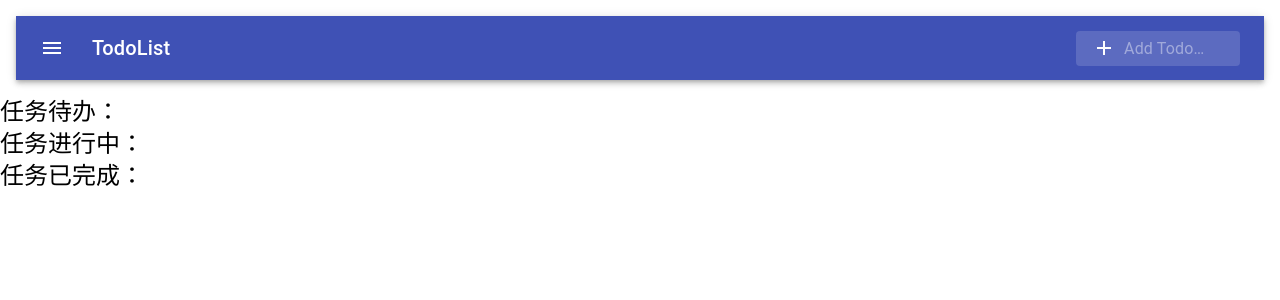
Repository: harperl71/TodoList
Page: /
These files come from the project's save history. The page is drawn as it stood at one moment and after a run of saves; the edit follows.
The browser window is 1280 px wide. The pictures show the whole page.
The project was rebuilt for these pictures with package versions that can differ from the ones it lists, and the page was loaded fresh each time.

Above is the page before, as saved 2021-05-20 15:58:33.

After the next 2 saves:
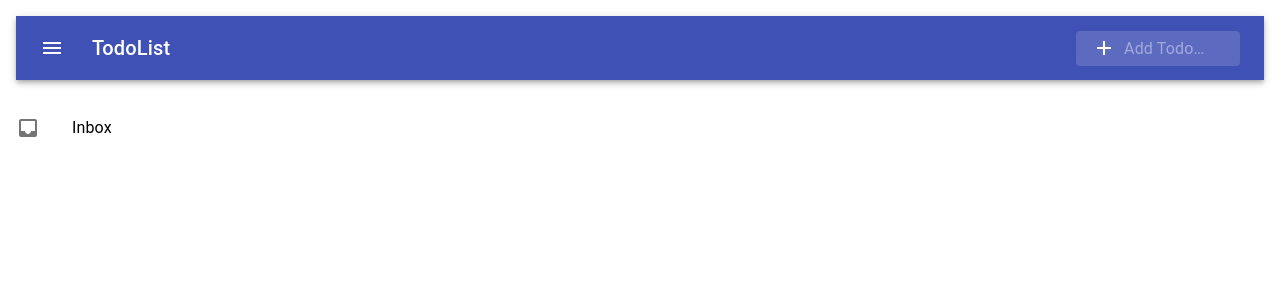
The 2 saves are shown as one change because 1 did not build or start.
The last was saved 3 min 15 s later.
--- a/src/components/content/index.tsx
+++ b/src/components/content/index.tsx
@@ -1,6 +1,13 @@
 import React, { Fragment } from "react";
 import TaskList from "./task-list";
-import { Typography, AppBar, Toolbar, makeStyles } from "@material-ui/core";
+import {
+  makeStyles,
+  List,
+  ListItem,
+  ListItemIcon,
+  ListItemText,
+} from "@material-ui/core";
+import InboxIcon from "@material-ui/icons/Inbox";
 
 const useStyles = makeStyles((theme) => ({
   root: {
@@ -14,7 +21,15 @@ const Content = () => {
   const classes = useStyles();
   return (
     <div className={classes.root}>
-      <Fragment>
+      <List component="nav" aria-label="main mailbox folders">
+        <ListItem button>
+          <ListItemIcon>
+            <InboxIcon />
+          </ListItemIcon>
+          <ListItemText primary="Inbox" />
+        </ListItem>
+      </List>
+      {/* <Fragment>
         <Typography className="todo" variant="h5">
           任务待办：
         </Typography>
@@ -27,7 +42,7 @@ const Content = () => {
           任务已完成：
         </Typography>
         <TaskList title="已完成" status="done" />
-      </Fragment>
+      </Fragment> */}
     </div>
   );
 };
